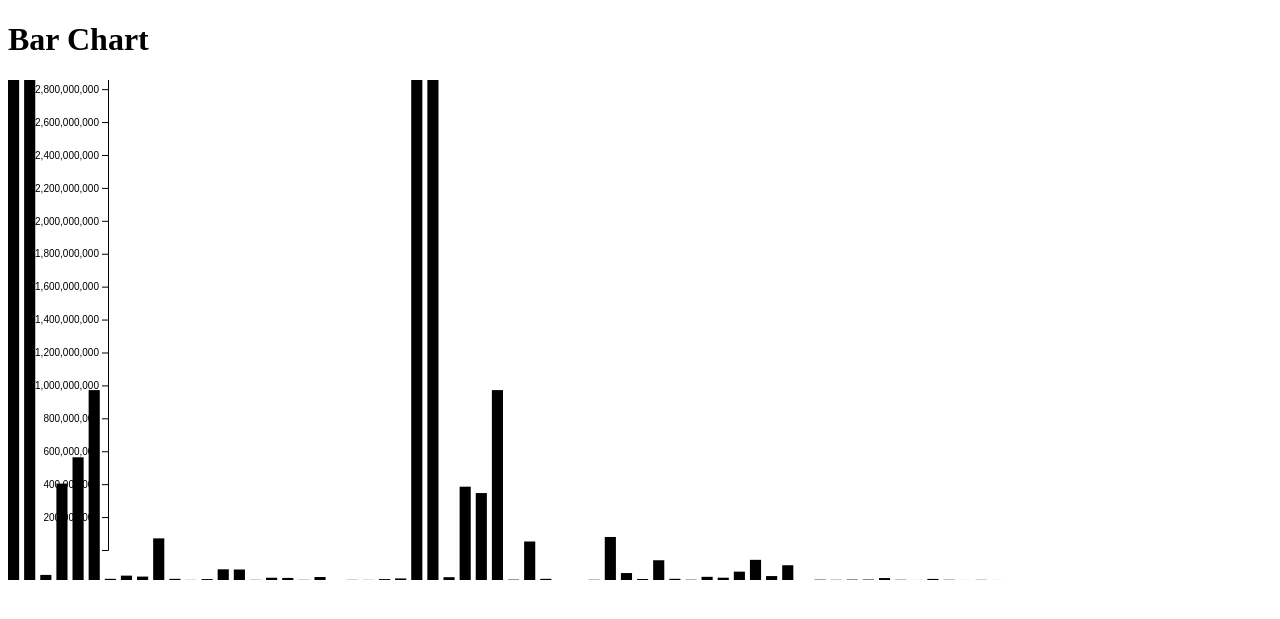
Repository: komalharjani/d3js-visualisation
Page: index.html
The author's editor kept a copy of each file at every save. The page is drawn from the files as they stood at one save, then again after the next save.
The browser window is 1280 px wide. The pictures show the whole page.

Above is the page before, as saved 2020-04-29 18:44:02.

### index.html
<!DOCTYPE html>
<html lang="en">
<head>
    <meta charset="UTF-8">
    <meta name="viewport" content="width=device-width, initial-scale=1.0">
    <title>Information Visualisation Practical 3</title>
</head>
<body>
    <div id="barChart"></div>
    <h1>Bar Chart</h1>

</body>
<script src="https://d3js.org/d3.v5.min.js"></script>
<script src="index.js"></script>
</html>

### index.js

let dataPath = "data/energy.csv";
d3.csv(dataPath)
        .then(function (data) {

                let finals = [];

                //Filter Data into new object
                for (let i = 0; i < data.length; i++) {
                        if (data[i].region == "Combined" && data[i].year == 1990) {
                                finals.push({
                                        amount: parseInt(data[i].amount),
                                        type: data[i].type,
                                })
                        }
                }
                console.log(finals);

                let width = 1000;
                let height = 500;
                let margin = {
                        top: 20,
                        right: 20,
                        bottom: 20,
                        left: 50
                };
                let barwidth = (width / finals.length);

                //Append to HTML Document
                let svg = d3.select("body")
                        .append("svg")
                        .attr("height", height)
                        .attr("width", width);

                //Scales
                let xscale = d3.scaleLinear()
                        .domain([0, d3.max(finals, d => d.amount)])
                        .range([0, width]);

                let yscale = d3.scaleLinear()
                        .domain([0, d3.max(finals, d => d.amount)])
                        .range([height, 0]);

                //text scales
                let yscales = d3.scaleBand()
                .domain(data.map(d => d.type))
                .range(0, width);

                //Axis

                let y_axis = d3.axisLeft()
                        .scale(yscale);

                svg.append("g")
                        .attr("transform", "translate(100,-30)")
                        .call(y_axis)


                //X Axis
                // let x_axis = d3.axisBottom()
                //         .scale(xscale);
                // let xAxisTranslate = height - 30;

                // svg.append("g")
                //         .attr("transform", "translate(100,30)")
                //         .call(yscales)

                //Barchart
                svg.selectAll("body") //add rectangles to all data
                        .data(finals) //provide finals as dataset
                        .enter()
                        .append("rect")
                        .attr("y", function (d) {
                                return height - xscale(d.amount);
                        })
                        .attr("height", function (d) {
                                return xscale(d.amount);
                        })
                        .attr("width", barwidth - 5)
                        .attr("transform", function (d, i) {
                                let translate = [barwidth * i];
                                return "translate(" + translate + ")";
                        })
                        .attr("fill", 'black');

                // Barchart Text
                // let text = svg.selectAll("text")
                //         .data(finals)
                //         .enter()
                //         .append("text")
                //         .text(function (d) {
                //                 return d.amount;
                //         })
                //         .attr("y", function (d, i) {
                //                 return height - xscale(d.amount) - 2;
                //         })
                //         .attr("x", function (d, i) {
                //                 return barwidth * i - 30;
                //         })

        });

After the next save:
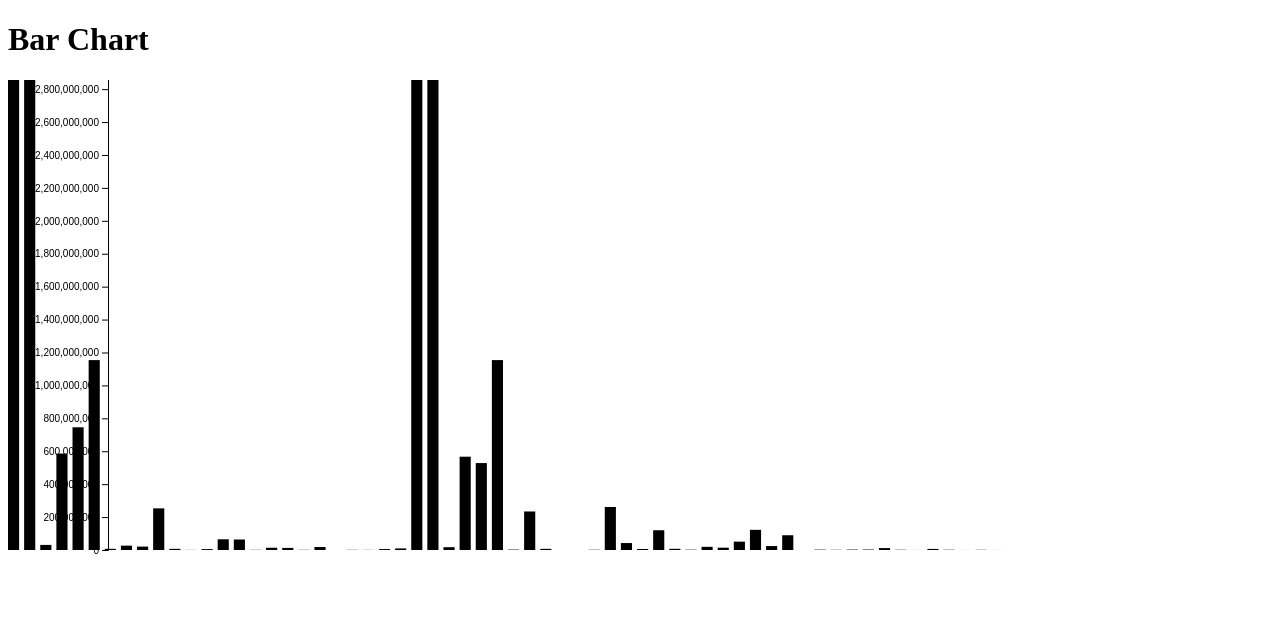
Saved 6 s later.
--- a/index.js
+++ b/index.js
@@ -78,7 +78,7 @@
                         })
                         .attr("width", barwidth - 5)
                         .attr("transform", function (d, i) {
-                                let translate = [barwidth * i];
+                                let translate = [barwidth * i,-30];
                                 return "translate(" + translate + ")";
                         })
                         .attr("fill", 'black');

After the save that followed:
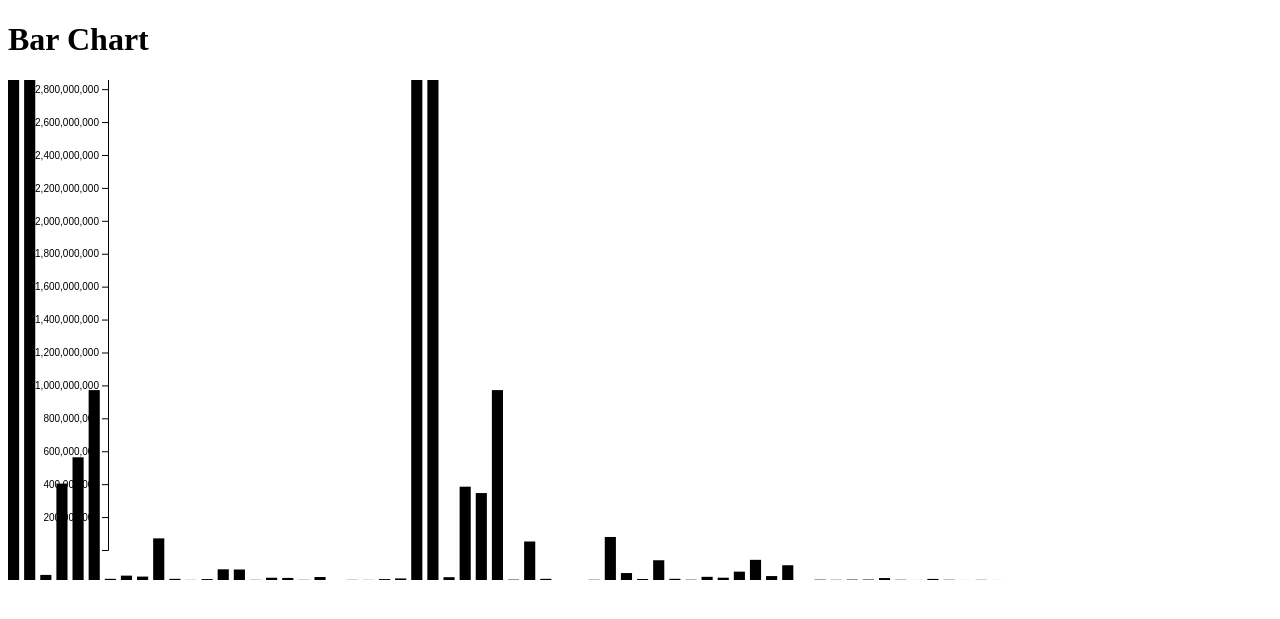
Saved 9 s later.
--- a/index.js
+++ b/index.js
@@ -78,7 +78,7 @@
                         })
                         .attr("width", barwidth - 5)
                         .attr("transform", function (d, i) {
-                                let translate = [barwidth * i,-30];
+                                let translate = [barwidth * i];
                                 return "translate(" + translate + ")";
                         })
                         .attr("fill", 'black');
